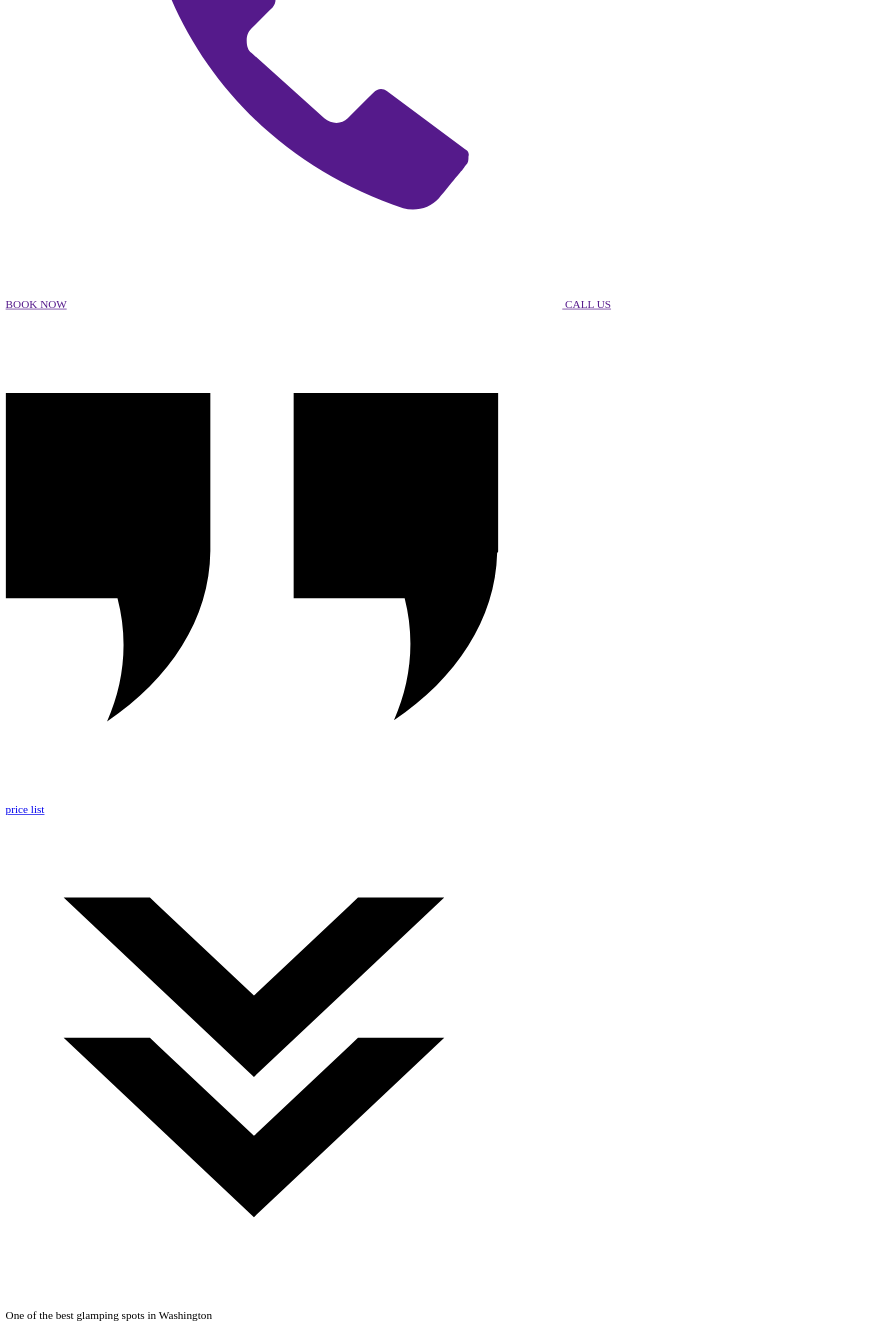
Repository: koldovsky/4394-html-teamwork
Page: index.header-hero.partial.html
An editor plug-in stored every save of this project. The page is shown before and after a run of saves, followed by the edit.
The browser window is 1280 px wide. The pictures show the part of the page from y = 1090 to 3010 px (the page is 2986 px tall before and 3010 px after), at 70% of full size.

Above is the page before, as saved 2025-10-06 19:01:13.

After the next 4 saves:
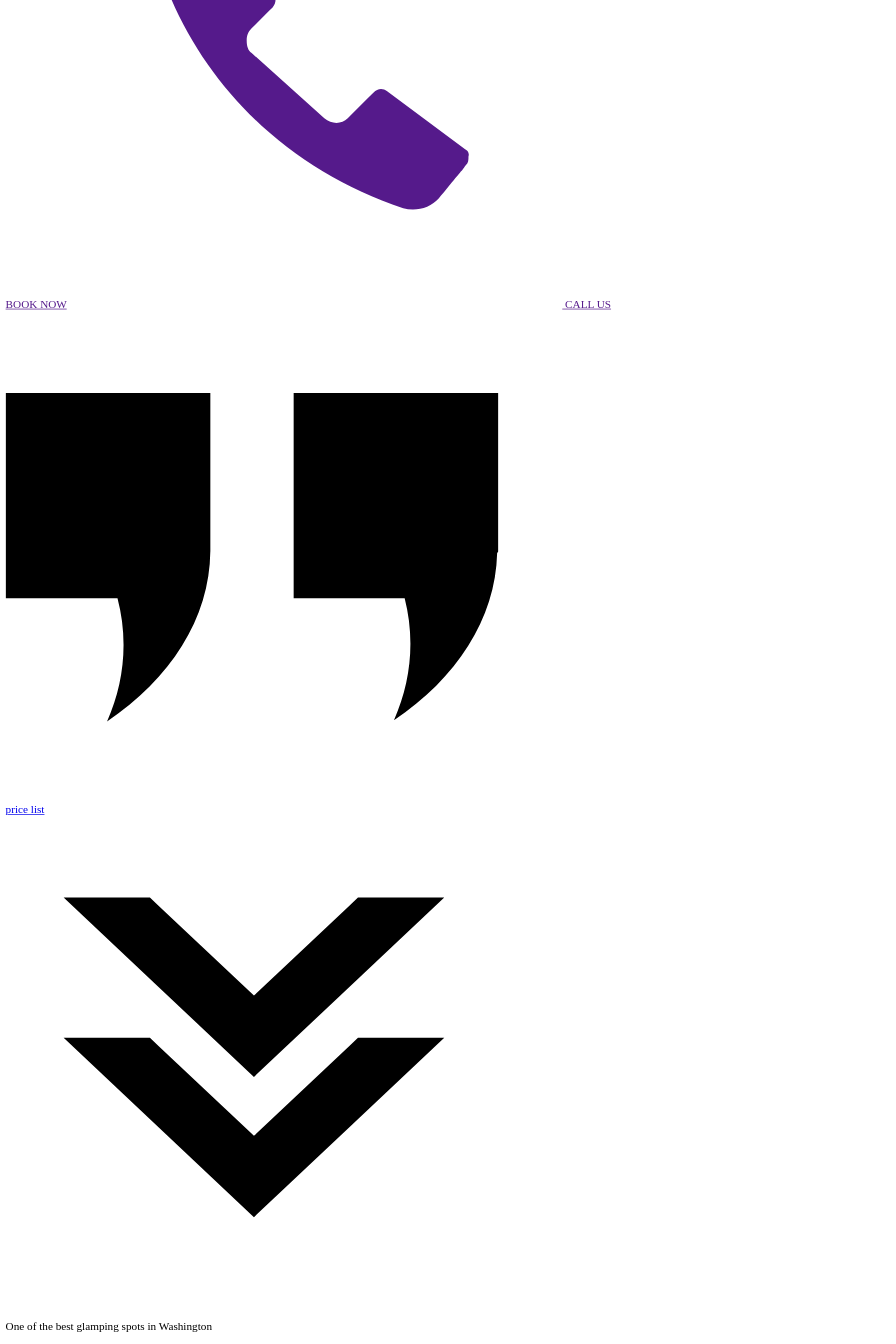
The 4 saves are shown as one change because they came seconds apart.
The last was saved 22 s later.
--- a/index.header-hero.partial.html
+++ b/index.header-hero.partial.html
@@ -130,8 +130,6 @@
         </g>
       </svg>
     </div>
-
+    <p>One of the best glamping spots in Washington</p>
   </div>
-
-  One of the best glamping spots in Washington
 </div>
